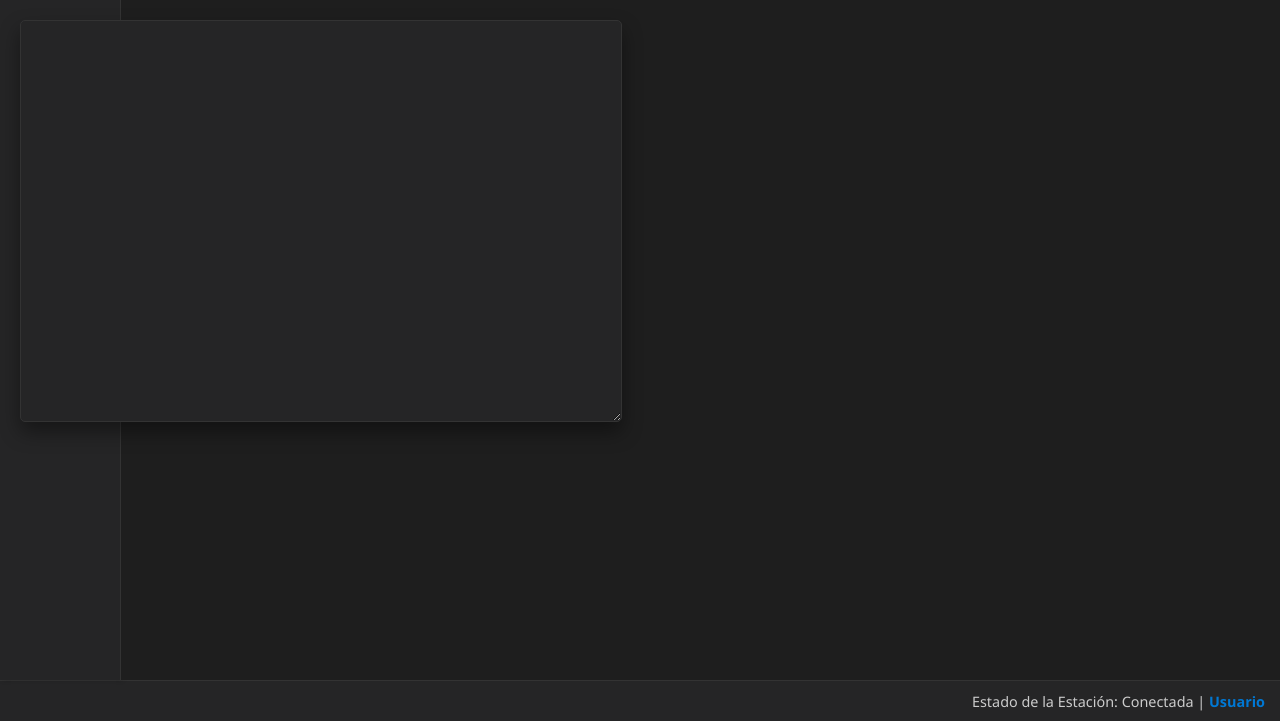
Repository: ValdezGalia/ProgramacionWebUcab
Page: lan-01.html
An editor plug-in stored every save of this project. The page is shown before and after the next save, followed by the edit.
The browser window is 1280 px wide. The pictures show the whole page.

Above is the page before, as saved 2025-11-13 17:05:25.
Console error: TypeError: Cannot read properties of null (reading 'addEventListener')

### lan-01.html
<!DOCTYPE html>
<html lang="es">

<head>
    <meta charset="UTF-8">
    <meta name="viewport" content="width=device-width, initial-scale=1.0">
    <meta name="author" content="Orlando Valdez / Jenry Youssef / Oscar Torres">
    <link rel="stylesheet" href="/style/lan-01.css">
    <title>NetOps Workstation: Estación de Trabajo</title>
</head>

<body>
    <main id="workstation-container">

        <nav id="app-navigation" aria-label="Aplicaciones de la estación de trabajo">
            <ul id="app-list">
                <li><a href="#" data-tool="lineaComandos"><img src="assets/img/terminal.png" class="app-icon" alt="lineaComandos">linea Comandos</a></li>
                <li><a href="#" data-tool="navegador"><img src="assets/img/navweb.png" class="app-icon" alt="Navegador">Navegador</a></li>
                <li><a href="#" data-tool="exploradorArchivos"><img src="assets/img/exploarch.png" class="app-icon" alt="exploradorArchivos">explorador Archivos</a></li>
                <li><a href="#" data-tool="editorArchivo"><img src="assets/img/editArchivo.png" class="app-icon" alt="editorArchivo">editorArchivo</a></li>
            </ul>
        </nav>

        <hr>
        <!-- Contenedor de herramientas de forma dinamica y sostenible -->
        <section id="application-display">
            <div class="app-window">
            </div>
            <iframe id="tool-iframe" src="pages/lineaComandos.html" sandbox="allow-scripts allow-same-origin"
                title="Aplicación interactiva" width="99.5%" height="700px"></iframe>
        </section>

    </main>

    <footer aria-label="Estado y Diagnóstico">
        <p>Estado de la Estación: Conectada | <span class="user">Usuario</span></p>
    </footer>

    <script>
        document.addEventListener('DOMContentLoaded', () => {
        const mainContainer = document.getElementById('application-display');
        const navLinks = document.querySelectorAll('#app-list a');
        let currentWindow = null; // Referencia a la ventana activa

        // Tu único iframe original
        const originalIframe = document.getElementById('tool-iframe');

        // 1. Ocultar el iframe original y prepararlo para ser el contenido de la ventana
        originalIframe.style.display = 'none';

        // 2. Función para crear la estructura de la ventana
        const createWindowStructure = (toolName) => {
            // Si ya hay una ventana, ciérrala primero para evitar múltiples ventanas (o puedes manejar múltiples)
            if (currentWindow) {
                currentWindow.remove();
            }

            // Crear el contenedor de la ventana
            const windowDiv = document.createElement('div');
            windowDiv.classList.add('app-window');
            windowDiv.setAttribute('data-tool', toolName);

            // Crear la barra de título
            const titleBar = document.createElement('div');
            titleBar.classList.add('window-titlebar');
            titleBar.innerHTML = `
                <span>${toolName}</span>
                <div class="window-controls">
                    <button class="minimize-btn" title="Minimizar">—</button>
                    <button class="maximize-btn" title="Maximizar">□</button>
                    <button class="close-btn" title="Cerrar">✕</button>
                </div>
            `;

            // Contenedor para el Iframe
            const contentDiv = document.createElement('div');
            contentDiv.classList.add('window-content');

            // Mueve el iframe original dentro del contenido de la ventana
            contentDiv.appendChild(originalIframe);
            originalIframe.style.display = 'block'; // Mostrarlo dentro de la ventana

            // Ensamblar la ventana
            windowDiv.appendChild(titleBar);
            windowDiv.appendChild(contentDiv);
            mainContainer.appendChild(windowDiv);
            currentWindow = windowDiv;

            // Añadir manejadores de eventos a los botones
            handleWindowControls(windowDiv, titleBar);
        };

        // 3. Manejar la lógica de los botones de control (Minimizar/Maximizar/Cerrar)
        const handleWindowControls = (windowDiv, titleBar) => {
            const minimizeBtn = windowDiv.querySelector('.minimize-btn');
            const maximizeBtn = windowDiv.querySelector('.maximize-btn');
            const closeBtn = windowDiv.querySelector('.close-btn');

            // Cerrar
            closeBtn.addEventListener('click', () => {
                windowDiv.classList.add('minimized'); // Lo "minimizamos" para quitarlo de la vista
                windowDiv.remove(); // Opcional: Eliminar la ventana del DOM
                currentWindow = null;
                navLinks.forEach(navLink => navLink.classList.remove('active')); // Desactivar el ícono
                // Devolvemos el iframe original al contenedor principal para que pueda volver a usarse
                mainContainer.appendChild(originalIframe);
                originalIframe.style.display = 'none';
            });

            // Minimizar (ocultar)
            minimizeBtn.addEventListener('click', () => {
                windowDiv.classList.toggle('minimized');
                // Nota: Podrías querer un efecto de "barra de tareas" aquí en el footer
            });

            // Maximizar/Restaurar
            maximizeBtn.addEventListener('click', () => {
                windowDiv.classList.toggle('maximized');
                // Cambiar el ícono del botón
                maximizeBtn.innerHTML = windowDiv.classList.contains('maximized') ? '🗗' : '□';
            });

            // Extra: Clic en la barra de título trae la ventana al frente
            titleBar.addEventListener('mousedown', () => {
                windowDiv.style.zIndex = getHighestZIndex() + 1;
            });
        };

        // Función auxiliar para traer la ventana al frente (simulación Z-Index)
        const getHighestZIndex = () => {
            const zIndexes = Array.from(document.querySelectorAll('.app-window')).map(el => {
                return parseInt(el.style.zIndex) || 0;
            });
            return zIndexes.length ? Math.max(...zIndexes) : 100;
        };

        // 4. Lógica para manejar el clic en la barra de navegación
        const setActiveTool = (link) => {
            navLinks.forEach(navLink => navLink.classList.remove('active'));
            link.classList.add('active');

            const toolName = link.getAttribute('data-tool');
            const newSrc = `pages/${toolName}.html`;

            // 5. Crear o restaurar la ventana
            if (!currentWindow || currentWindow.getAttribute('data-tool') !== toolName) {
                // Si no hay ventana o es una aplicación diferente
                createWindowStructure(toolName);
                originalIframe.src = newSrc; // Cargar la nueva URL
            } else if (currentWindow.classList.contains('minimized')) {
                // Si la aplicación ya está abierta pero minimizada, restaurarla
                currentWindow.classList.remove('minimized');
            }

            // Traer la ventana al frente
            currentWindow.style.zIndex = getHighestZIndex() + 1;
        };

        // Agregar oyentes de eventos a los enlaces de navegación
        navLinks.forEach(link => {
            link.addEventListener('click', (event) => {
                event.preventDefault();
                setActiveTool(link);
            });
        });

        // Estado inicial: Desactivar todos los íconos al inicio
        navLinks.forEach(navLink => navLink.classList.remove('active'));
    });
    </script>

</body>

</html>

### style/lan-01.css

/* Colores de la interfaz: Estilo Oscuro */
:root {
    --bg-primary: #1e1e1e; /* Fondo principal (Oscuro) */
    --bg-secondary: #252526; /* Fondo de contenedores/paneles */
    --color-text: #cccccc; /* Texto principal */
    --color-accent: #0078d4; /* Azul de acento (como Windows) */
    --border-color: #333333; /* Color de borde y separadores */
}

/* Base Global */
html, body {
    height: 100%;
    margin: 0;
    padding: 0;
    font-family: 'Segoe UI', Tahoma, Geneva, Verdana, sans-serif; /* Fuente tipo Windows */
    background-color: var(--bg-primary);
    color: var(--color-text);
}

/* Contenedor Principal (Simula el Escritorio) */
#workstation-container {
    display: flex;
    flex-direction: row; /* Navegación a la izquierda, área de trabajo a la derecha */
    height: calc(100vh - 40px); /* 100% del alto menos el footer */
}

/* 1. Navegación (Barra de Aplicaciones Lateral) */
#app-navigation {
    width: 120px; /* Ancho fijo para la barra de iconos */
    background-color: var(--bg-secondary);
    padding: 10px 0;
    border-right: 1px solid var(--border-color);
    box-shadow: 2px 0 5px rgba(0, 0, 0, 0.2);
}

#app-list {
    display: flex;
    flex-direction: column; /* Iconos apilados verticalmente */
    list-style: none;
    margin: 0;
    padding: 0;
}

#app-list li {
    margin: 5px 0;
}

/* Estilo del Ícono/Botón de Aplicación */
#app-list a {
    /* Tu configuración de flexbox para el ícono y texto */
    display: flex;
    flex-direction: column;
    justify-content: center;
    align-items: center;
    text-decoration: none;

    color: var(--color-text);
    background-color: transparent; /* Fondo transparente por defecto */
    padding: 10px 5px;
    margin: 0 auto;
    width: 90px;
    border: 1px solid transparent; /* Borde transparente por defecto */
    border-radius: 4px;
    transition: background-color 0.2s, border-color 0.2s;
}

/* Estilos de la Imagen (Icono) */
.app-icon {
    width: 32px; /* Iconos más pequeños y limpios */
    height: 32px;
    margin-bottom: 5px;
    filter: drop-shadow(0 1px 1px rgba(0, 0, 0, 0.5)); /* Sombra sutil en el icono */
}

/* Estilos del Texto (Etiqueta) */
#app-list a {
    font-size: 0.75em; /* Etiqueta pequeña */
    font-weight: 400;
    text-align: center;
    color: var(--color-text);
}

/* Interacción: Hover (Efecto de selección) */
#app-list a:hover {
    background-color: rgba(255, 255, 255, 0.1); /* Resaltado sutil */
    border-color: rgba(255, 255, 255, 0.2);
    cursor: pointer;
}

/* Estado Activo (La aplicación seleccionada) */
#app-list a.active {
    background-color: var(--color-accent); /* Resaltado con color de acento */
    border-color: var(--color-accent);
    color: white; /* Texto blanco para el activo */
    /* Asegúrate de que el span también cambie de color si fuera necesario */
}
#app-list a.active span {
    color: white;
}

/* 2. Área de Visualización (Pantalla de la Aplicación) */
#application-display {
    flex-grow: 1; /* Ocupa el espacio restante */
    padding: 10px;
    background-color: var(--bg-primary);
    overflow: hidden; /* Maneja el contenido del iframe */
}

#tool-iframe {
    /* Simula una ventana de aplicación */
    width: 100%;
    height: 100%;
    border: 1px solid var(--border-color);
    border-radius: 5px;
    background-color: white; /* El iframe puede tener un fondo más claro para contrastar */
}

/* Línea de separación (ya no es necesaria con el border-right, pero la mantenemos oculta) */
hr {
    display: none;
}

/* 3. Footer (Barra de Tareas/Estado) */
footer {
    height: 40px;
    display: flex;
    justify-content: flex-end; /* Alinear información a la derecha */
    align-items: center;
    background-color: var(--bg-secondary);
    border-top: 1px solid var(--border-color);
    padding: 0 15px;
    font-size: 0.9em;
}

.user {
    font-weight: bold;
    color: var(--color-accent); /* Resalta el nombre de usuario */
}

/*Ventana*/

/* --- Estilos de la Ventana de Aplicación (Simulación) --- */

/* Contenedor principal de la ventana (reemplaza al iframe directo) */
.app-window {
    position: absolute; /* Permite que flote sobre el fondo */
    top: 20px;
    left: 20px;
    width: 600px; /* Tamaño inicial de la ventana */
    height: 400px;
    background-color: var(--bg-secondary);
    border: 1px solid var(--border-color);
    border-radius: 5px;
    box-shadow: 0 10px 20px rgba(0, 0, 0, 0.4);
    display: flex;
    flex-direction: column;
    z-index: 100; /* Asegura que esté por encima de otros elementos */
    overflow: hidden;
    resize: both; /* Permite redimensionar con el ratón (opcional) */
    min-width: 300px;
    min-height: 200px;
    transition: all 0.3s ease;
}

/* Barra de Título de la Ventana */
.window-titlebar {
    display: flex;
    justify-content: space-between;
    align-items: center;
    padding: 5px 10px;
    background-color: #3f3f3f; /* Color de la barra de título */
    color: white;
    font-size: 0.9em;
    cursor: move; /* Indica que la ventana se puede arrastrar (aunque no implementaremos el arrastre sin una librería) */
    border-bottom: 1px solid var(--border-color);
}

.window-controls button {
    background: none;
    border: none;
    color: white;
    font-size: 1.2em;
    margin-left: 5px;
    cursor: pointer;
    padding: 2px 5px;
    transition: background-color 0.1s;
}

.window-controls button:hover {
    background-color: rgba(255, 255, 255, 0.2);
}

/* El contenido del iframe debe ocupar el resto del espacio */
.window-content {
    flex-grow: 1;
}

.window-content iframe {
    width: 100%;
    height: 100%;
    border: none; /* Quitamos el borde del iframe interno */
    display: block;
}

/* --- ESTADOS DE LA VENTANA --- */

/* 1. Estado Maximizado (Ocupa todo el área de display) */
.app-window.maximized {
    position: absolute;
    top: 0;
    left: 0;
    width: 100%;
    height: 100%;
    border-radius: 0;
    resize: none;
    transition: all 0.3s ease;
}

/* 2. Estado Minimizado (Oculta la ventana) */
.app-window.minimized {
    display: none; /* Oculta el iframe, pero lo mantiene "abierto" lógicamente */
}

### pages/lineaComandos.html
<!DOCTYPE html>
<html lang="es">
<head>
    <meta charset="UTF-8">
    <meta name="viewport" content="width=device-width, initial-scale=1.0">
    <meta name="description" content="Un linea de comandos (CLI) basada en diseño de la de linux">
    <link rel="stylesheet" href="/style/commandline.css">
    <title>Linea de comandos</title>
</head>
<body>
    <div id="terminal-window">
        <pre id="terminal-output">Bienvenido al Simulador. Escriba 'help' para comenzar.</pre>

        <div id="command-line">
            <span id="prompt">user@simulador:~$ > </span>
            <input type="text" id="command-input" autofocus>
        </div>
    </div>

    <script src="../js/commandline.js"></script>
</body>
</html>

### style/commandline.css
* {
    margin: 0px;
    padding: 0px;
}

html, body{
    margin: 0;
    padding: 0;
    width: 100%;
    height: 100%;
    overflow: hidden;
    background-color: #333;
}

textarea{
    display: block;
    display: block;
    width: 100%;
    height: 100%;
    box-sizing: border-box;
    border: none;
    outline: none;
    resize: none;
    font-family: monospace;
    padding: 10px;
    background-color: #2036;
    color: white;
}

### js/commandline.js
const textarea = document.getElementById('cli');

textarea.addEventListener('keypress', ({keyCode}) => {
    if(keyCode === 13){
        const command = textarea.value;

        switch (command) {
            case 'ping':
                console.log("Hola mundo")

            break;

            default:
                break;
        }

    }
})

After the next save:
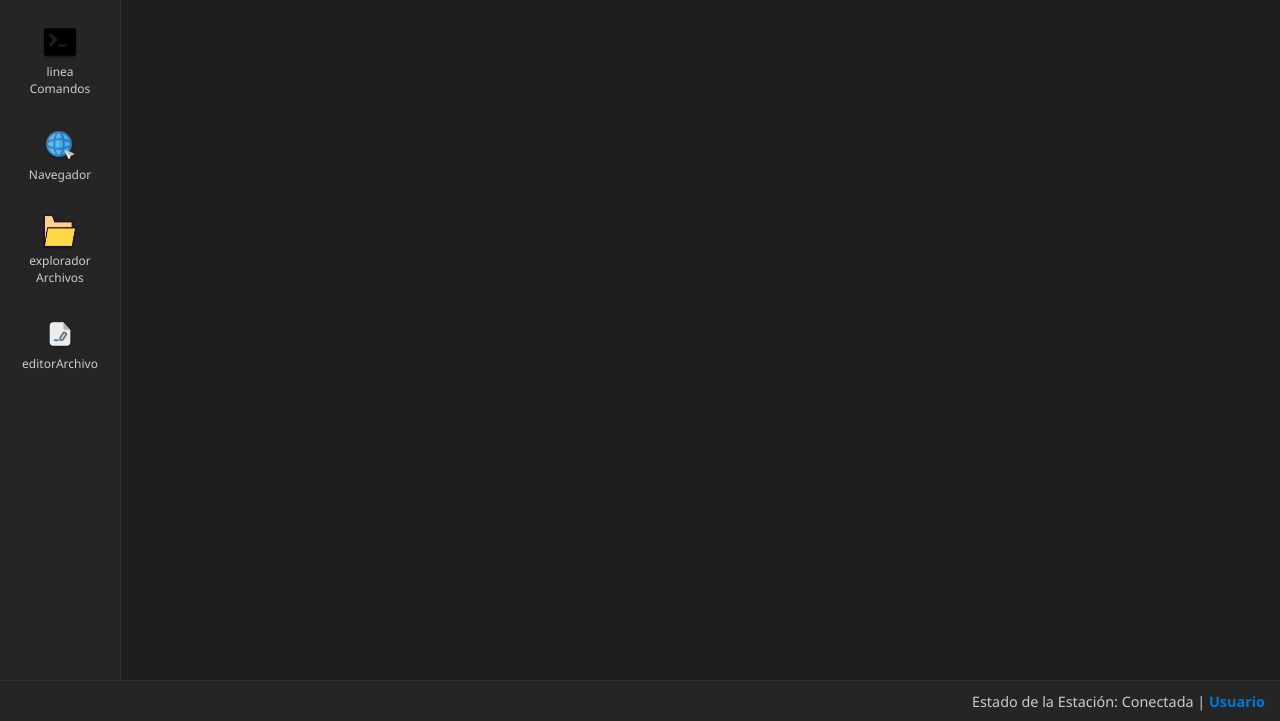
Saved 5 s later.
--- a/lan-01.html
+++ b/lan-01.html
@@ -24,8 +24,6 @@
         <hr>
         <!-- Contenedor de herramientas de forma dinamica y sostenible -->
         <section id="application-display">
-            <div class="app-window">
-            </div>
             <iframe id="tool-iframe" src="pages/lineaComandos.html" sandbox="allow-scripts allow-same-origin"
                 title="Aplicación interactiva" width="99.5%" height="700px"></iframe>
         </section>
